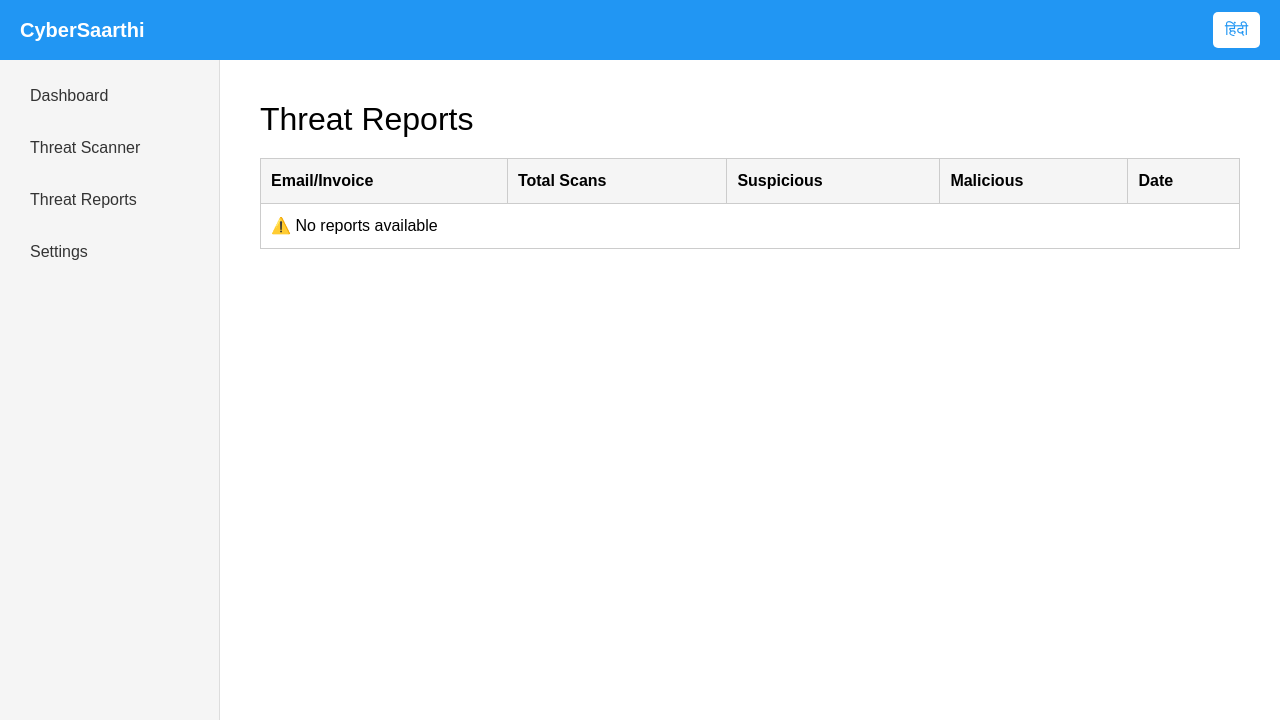
Repository: riyaaaa19/CyberSaarthi
Page: /reports (app in frontend/)
The author's editor kept a copy of each file at every save. The page is drawn from the files as they stood at one save, then again after the next save.
The browser window is 1280 px wide. The pictures show the whole page.
The page's requests for data from a server got no answer. The project was rebuilt for these pictures with package versions that can differ from the ones it lists, and the page was loaded fresh each time. No one was signed in, and anything a server would have sent is missing. Also part of the build but not shown: frontend/vite.config.ts, frontend/src/services/api.js, frontend/src/pages/Dashboard.js, frontend/src/pages/Scanner.js, frontend/src/pages/Settings.js.

Above is the page before, as saved 2025-08-21 16:52:56.

### frontend/src/index.js
import React from "react";
import ReactDOM from "react-dom/client";
import App from "./App";
import "bootstrap/dist/css/bootstrap.min.css";
import "./styles/style.css";

const root = ReactDOM.createRoot(document.getElementById("root"));
root.render(<App />);

### frontend/src/App.js
import React from "react";
import { BrowserRouter as Router, Routes, Route, Navigate } from "react-router-dom";
import Navbar from "./components/Navbar";
import Sidebar from "./components/Sidebar";
import Dashboard from "./pages/Dashboard";
import Scanner from "./pages/Scanner";
import Reports from "./pages/Reports";
import Settings from "./pages/Settings";
import { ThemeLangProvider } from "./ThemeLangContext";  // ✅ Import provider

function App() {
  const layoutStyle = { display: "flex" };
  const contentStyle = { marginLeft: "220px", flex: 1, padding: "20px" };

  return (
    <ThemeLangProvider>
      <Router>
        <Navbar />
        <div style={layoutStyle}>
          <Sidebar />
          <div style={contentStyle}>
            <Routes>
              <Route path="/" element={<Navigate to="/dashboard" />} />
              <Route path="/dashboard" element={<Dashboard />} />
              <Route path="/scanner" element={<Scanner />} />
              <Route path="/reports" element={<Reports />} />
              <Route path="/settings" element={<Settings />} />
            </Routes>
          </div>
        </div>
      </Router>
    </ThemeLangProvider>
  );
}

export default App;

### frontend/src/styles/style.css
body {
  font-family: 'Poppins', sans-serif;
  background: #f8f9fa;
}
.sidebar {
  width: 250px;
  background: #fff;
  min-height: 100vh;
}
.nav-link.active {
  background-color: #0d6efd !important;
  color: #fff !important;
}

### frontend/src/components/Navbar.js
import React from "react";
import { t, setLang } from "../i18n";

function Navbar() {
  const barStyle = {
    display: "flex",
    justifyContent: "space-between",
    alignItems: "center",
    padding: "12px 20px",
    background: "#2196f3",
    color: "white",
    position: "sticky",
    top: 0,
    zIndex: 1000
  };

  const brandStyle = { fontSize: "20px", fontWeight: "bold" };

  const toggleLang = () => {
    const current = localStorage.getItem("LANG") || "en";
    const newLang = current === "en" ? "hi" : "en";
    setLang(newLang); // reloads app with new lang
  };

  return (
    <nav style={barStyle}>
      <div style={brandStyle}>{t("app.title")}</div>
      <button
        onClick={toggleLang}
        style={{
          padding: "6px 12px",
          background: "white",
          color: "#2196f3",
          border: "none",
          borderRadius: "5px",
          cursor: "pointer"
        }}
      >
        {localStorage.getItem("LANG") === "hi" ? "EN" : "हिंदी"}
      </button>
    </nav>
  );
}

export default Navbar;

### frontend/src/components/Sidebar.js
import React from "react";
import { NavLink } from "react-router-dom";
import { t } from "../i18n";

function Sidebar() {
  const sidebarStyle = {
    width: "220px",
    background: "#f5f5f5",
    height: "100vh",
    padding: "20px",
    position: "fixed",
    top: 0,
    left: 0,
    overflowY: "auto",
    borderRight: "1px solid #ddd"
  };

  const linkStyle = {
    display: "block",
    padding: "10px",
    marginBottom: "8px",
    color: "#333",
    textDecoration: "none",
    borderRadius: "5px"
  };

  const activeStyle = {
    background: "#2196f3",
    color: "white"
  };

  return (
    <div style={sidebarStyle}>
      <h3 style={{ marginBottom: "20px" }}>Menu</h3>
      <NavLink to="/dashboard" style={linkStyle} activeStyle={activeStyle}>{t("dashboard.title")}</NavLink>
      <NavLink to="/scanner" style={linkStyle} activeStyle={activeStyle}>{t("scanner.title")}</NavLink>
      <NavLink to="/reports" style={linkStyle} activeStyle={activeStyle}>{t("reports.title")}</NavLink>
      <NavLink to="/settings" style={linkStyle} activeStyle={activeStyle}>{t("settings.title")}</NavLink>
    </div>
  );
}

export default Sidebar;

### frontend/src/pages/Reports.js
import React, { useEffect, useState } from "react";
import { t } from "../i18n";

function Reports() {
  const [reports, setReports] = useState([]);
  const theme = localStorage.getItem("THEME") || "light";

  useEffect(() => {
    fetch("http://localhost:8000/v1/reports", {
      headers: { "x-api-key": "changeme-demo-key" }
    })
      .then((res) => res.json())
      .then((data) => setReports(data))
      .catch(() => console.log("⚠️ Could not load reports from backend"));
  }, []);

  const tableStyle = {
    width: "100%",
    borderCollapse: "collapse",
    marginTop: "20px",
    background: theme === "dark" ? "#1e1e1e" : "#fff",
    color: theme === "dark" ? "#f5f5f5" : "#000"
  };

  const thStyle = {
    border: "1px solid #ccc",
    padding: "10px",
    background: theme === "dark" ? "#333" : "#f5f5f5",
    textAlign: "left"
  };

  const tdStyle = {
    border: "1px solid #ccc",
    padding: "10px"
  };

  return (
    <div style={{ padding: "20px" }}>
      <h2>{t("reports.title")}</h2>

      <table style={tableStyle}>
        <thead>
          <tr>
            <th style={thStyle}>{t("scanner.emailTab")}/{t("scanner.invoiceTab")}</th>
            <th style={thStyle}>{t("dashboard.total")}</th>
            <th style={thStyle}>{t("dashboard.susp")}</th>
            <th style={thStyle}>{t("dashboard.mal")}</th>
            <th style={thStyle}>Date</th>
          </tr>
        </thead>
        <tbody>
          {reports.length > 0 ? (
            reports.map((r, i) => (
              <tr key={i}>
                <td style={tdStyle}>{r.type}</td>
                <td style={tdStyle}>{r.verdict === "safe" ? t("email.safe") : ""}</td>
                <td style={tdStyle}>{r.verdict === "susp" ? t("email.susp") : ""}</td>
                <td style={tdStyle}>{r.verdict === "mal" ? t("email.mal") : ""}</td>
                <td style={tdStyle}>{new Date(r.created_at).toLocaleString()}</td>
              </tr>
            ))
          ) : (
            <tr>
              <td style={tdStyle} colSpan="5">⚠️ No reports available</td>
            </tr>
          )}
        </tbody>
      </table>
    </div>
  );
}

export default Reports;

### frontend/src/ThemeLangContext.js
import React, { createContext, useState, useEffect } from "react";

export const ThemeLangContext = createContext();

export const ThemeLangProvider = ({ children }) => {
  const [theme, setTheme] = useState(localStorage.getItem("THEME") || "light");
  const [lang, setLang] = useState(localStorage.getItem("LANG") || "en");

  // Save theme persistently
  useEffect(() => {
    localStorage.setItem("THEME", theme);
    document.body.style.background = theme === "dark" ? "#121212" : "#fff";
    document.body.style.color = theme === "dark" ? "#f5f5f5" : "#000";
  }, [theme]);

  // Save language persistently
  useEffect(() => {
    localStorage.setItem("LANG", lang);
  }, [lang]);

  return (
    <ThemeLangContext.Provider value={{ theme, setTheme, lang, setLang }}>
      {children}
    </ThemeLangContext.Provider>
  );
};

### frontend/src/i18n.js
const MESSAGES = {
  en: {
    "app.title": "CyberSaarthi",

    // Email Scanner
    "email.safe": "Email appears safe.",
    "email.susp": "Suspicious indicators found (possible phishing).",
    "email.mal": "High-risk indicators found (likely phishing).",

    // Invoice Scanner
    "invoice.safe": "Invoice looks consistent.",
    "invoice.susp": "Suspicious invoice indicators found.",
    "invoice.mal": "Likely fraudulent invoice detected.",
    "invoice.upload": "Upload invoice file (PDF/image)",
    "invoice.paste": "Or paste invoice text",
    "invoice.scanText": "Scan Text",

    // Dashboard
    "dashboard.title": "Dashboard",
    "dashboard.total": "Total Scans",
    "dashboard.susp": "Suspicious",
    "dashboard.mal": "Malicious",

    // Reports
    "reports.title": "Threat Reports",

    // Scanner
    "scanner.title": "Threat Scanner",
    "scanner.emailTab": "Email",
    "scanner.invoiceTab": "Invoice",

    // Settings
    "settings.title": "Settings",
    "settings.apiBase": "API Base URL",
    "settings.apiKey": "API Key (x-api-key header)",
    "settings.lang": "Language",
    "settings.theme": "Theme",
    "settings.light": "Light",
    "settings.dark": "Dark",
    "settings.notifications": "Enable Notifications",
    "settings.save": "Save",
    "settings.saved": "Settings saved successfully!"
  },

  hi: {
    "app.title": "साइबर सारथी",

    // Email Scanner
    "email.safe": "ईमेल सुरक्षित प्रतीत होता है।",
    "email.susp": "संदिग्ध संकेत मिले (संभावित फ़िशिंग)।",
    "email.mal": "उच्च जोखिम संकेत (संभावित फ़िशिंग)।",

    // Invoice Scanner
    "invoice.safe": "इनवॉइस सही लगता है।",
    "invoice.susp": "इनवॉइस में संदिग्ध संकेत मिले।",
    "invoice.mal": "संभावित धोखाधड़ी वाला इनवॉइस।",
    "invoice.upload": "इनवॉइस फ़ाइल अपलोड करें (PDF/इमेज)",
    "invoice.paste": "या इनवॉइस टेक्स्ट पेस्ट करें",
    "invoice.scanText": "टेक्स्ट स्कैन करें",

    // Dashboard
    "dashboard.title": "डैशबोर्ड",
    "dashboard.total": "कुल स्कैन",
    "dashboard.susp": "संदिग्ध",
    "dashboard.mal": "हानिकारक",

    // Reports
    "reports.title": "खतरा रिपोर्ट",

    // Scanner
    "scanner.title": "खतरा स्कैनर",
    "scanner.emailTab": "ईमेल",
    "scanner.invoiceTab": "इनवॉइस",

    // Settings
    "settings.title": "सेटिंग्स",
    "settings.apiBase": "API बेस URL",
    "settings.apiKey": "API कुंजी (x-api-key हेडर)",
    "settings.lang": "भाषा",
    "settings.theme": "थीम",
    "settings.light": "हल्की",
    "settings.dark": "गहरी",
    "settings.notifications": "सूचनाएं सक्षम करें",
    "settings.save": "सहेजें",
    "settings.saved": "सेटिंग्स सफलतापूर्वक सहेजी गईं!"
  }
};

export function t(key) {
  const lang = window.localStorage.getItem("LANG") || "en";
  return MESSAGES[lang]?.[key] || key;
}

export function setLang(lang) {
  window.localStorage.setItem("LANG", lang);
  window.location.reload();
}

Loaded but not shown: frontend/public/index.html (common file)

After the next save:
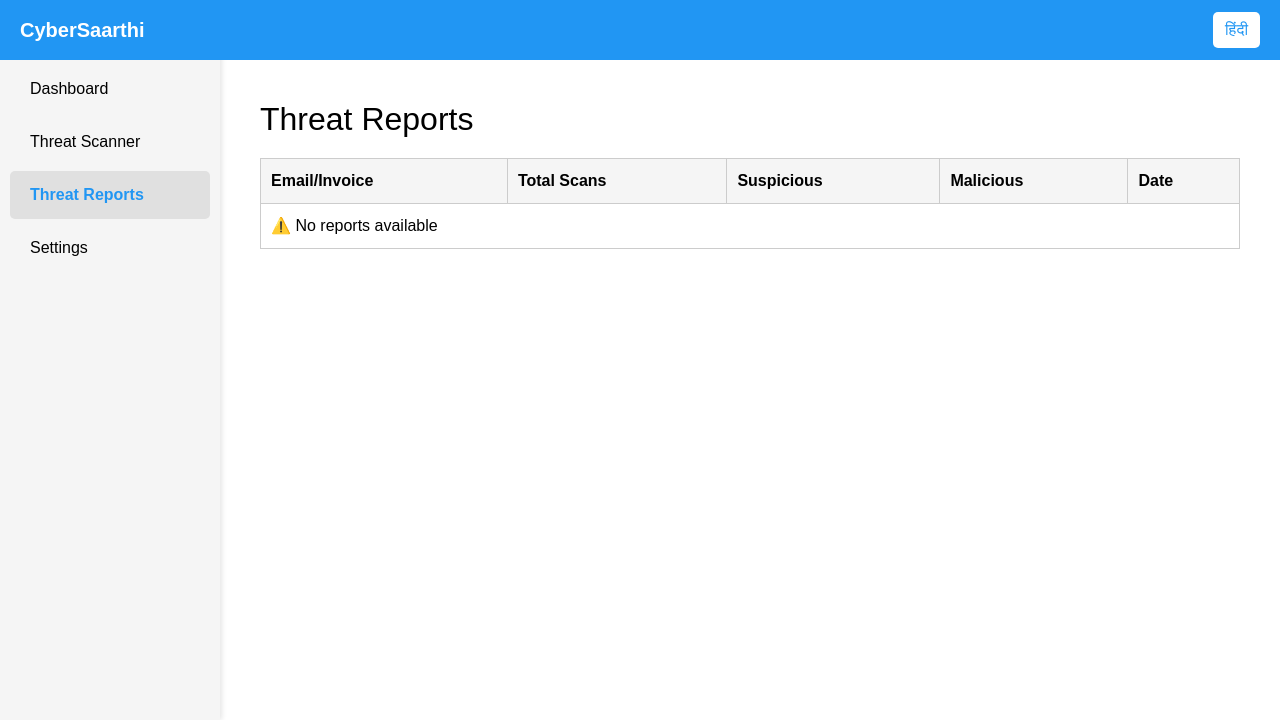
Saved 73 s later.
--- a/frontend/src/components/Sidebar.js
+++ b/frontend/src/components/Sidebar.js
@@ -1,41 +1,41 @@
-import React from "react";
-import { NavLink } from "react-router-dom";
+import React, { useContext } from "react";
+import { Link, useLocation } from "react-router-dom";
+import { ThemeLangContext } from "../ThemeLangContext";
 import { t } from "../i18n";
 
 function Sidebar() {
+  const { theme } = useContext(ThemeLangContext);
+  const location = useLocation();
+
   const sidebarStyle = {
     width: "220px",
-    background: "#f5f5f5",
     height: "100vh",
-    padding: "20px",
     position: "fixed",
+    left: 0,
     top: 0,
-    left: 0,
-    overflowY: "auto",
-    borderRight: "1px solid #ddd"
+    background: theme === "dark" ? "#1e1e1e" : "#f5f5f5",
+    color: theme === "dark" ? "#fff" : "#000",
+    paddingTop: "60px",
+    boxShadow: "2px 0 5px rgba(0,0,0,0.1)"
   };
 
-  const linkStyle = {
+  const linkStyle = (path) => ({
     display: "block",
-    padding: "10px",
-    marginBottom: "8px",
-    color: "#333",
+    padding: "12px 20px",
+    color: location.pathname === path ? "#2196f3" : theme === "dark" ? "#ddd" : "#000",
     textDecoration: "none",
-    borderRadius: "5px"
-  };
-
-  const activeStyle = {
-    background: "#2196f3",
-    color: "white"
-  };
+    fontWeight: location.pathname === path ? "bold" : "normal",
+    background: location.pathname === path ? (theme === "dark" ? "#333" : "#e0e0e0") : "transparent",
+    borderRadius: "5px",
+    margin: "5px 10px"
+  });
 
   return (
     <div style={sidebarStyle}>
-      <h3 style={{ marginBottom: "20px" }}>Menu</h3>
-      <NavLink to="/dashboard" style={linkStyle} activeStyle={activeStyle}>{t("dashboard.title")}</NavLink>
-      <NavLink to="/scanner" style={linkStyle} activeStyle={activeStyle}>{t("scanner.title")}</NavLink>
-      <NavLink to="/reports" style={linkStyle} activeStyle={activeStyle}>{t("reports.title")}</NavLink>
-      <NavLink to="/settings" style={linkStyle} activeStyle={activeStyle}>{t("settings.title")}</NavLink>
+      <Link to="/dashboard" style={linkStyle("/dashboard")}>{t("dashboard.title")}</Link>
+      <Link to="/scanner" style={linkStyle("/scanner")}>{t("scanner.title")}</Link>
+      <Link to="/reports" style={linkStyle("/reports")}>{t("reports.title")}</Link>
+      <Link to="/settings" style={linkStyle("/settings.title")}>{t("settings.title")}</Link>
     </div>
   );
 }
